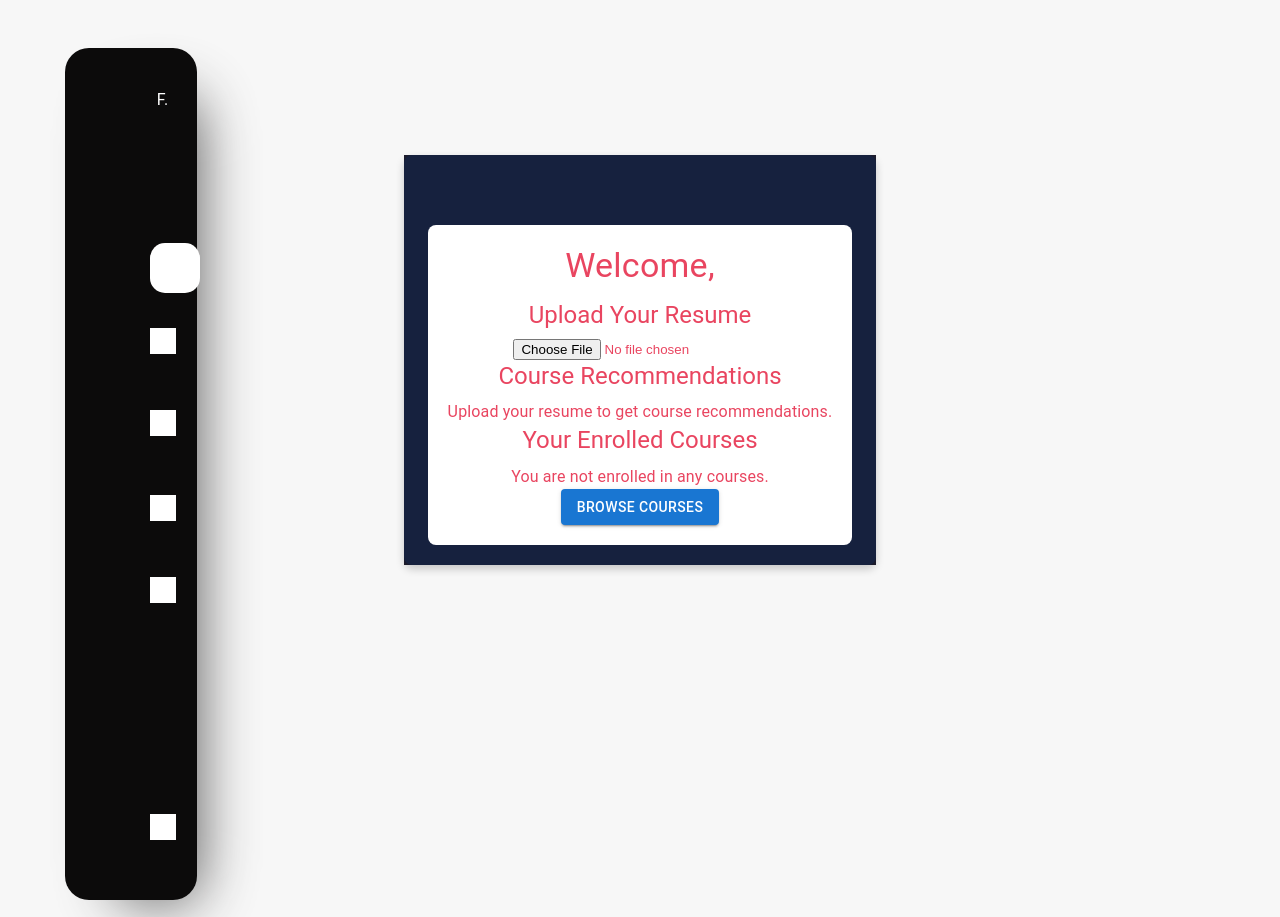
Repository: jvt2/OnlineCourseApp
Page: /dashboard
The author's editor kept a copy of each file at every save. The page is drawn from the files as they stood at one save, then again after the next save.
The browser window is 1280 px wide. The pictures show the whole page.
The page's requests for data from a server got no answer. The project was rebuilt for these pictures with package versions that can differ from the ones it lists, and the page was loaded fresh each time. No one was signed in, and anything a server would have sent is missing. Also part of the build but not shown: src/features/auth/Register.js, src/features/auth/Login.js, src/features/courses/ResumeUpload.js, src/features/courses/CourseRecommendations.js, src/components/common/MyModal.js, src/features/courses/CourseCatalog.js, src/features/courses/CourseDetail.js, src/components/common/Navbar.js and 3 more. Imported but missing from the stored project, and not drawn on this page: src/app/reportWebVitals.

Above is the page before, as saved 2024-07-14 19:52:21.
Not found: public/assets/home-icon-vector_1.jpg

After the next save:
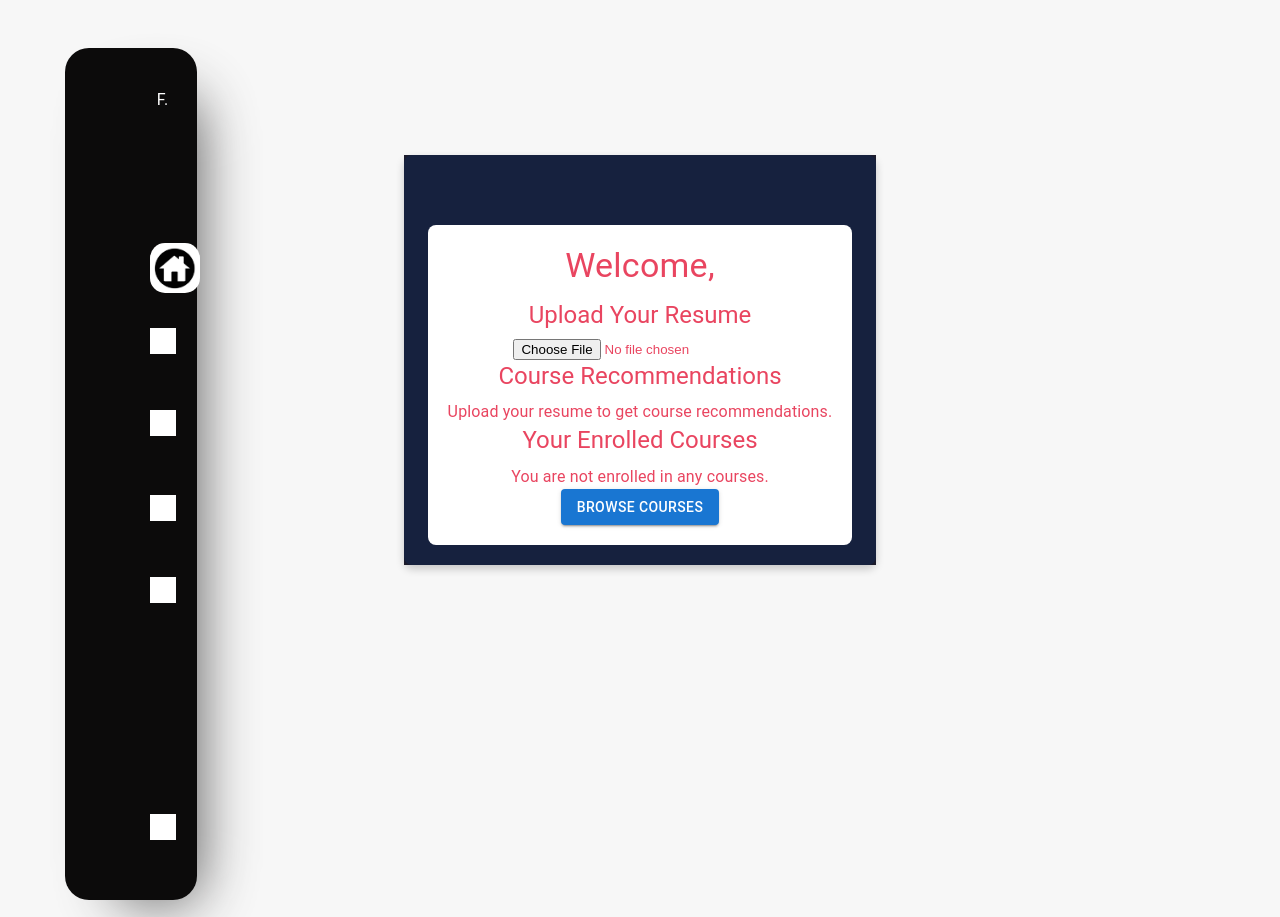
Saved 28 s later.
--- a/src/features/dashboard/Dashboard.css
+++ b/src/features/dashboard/Dashboard.css
@@ -71,7 +71,7 @@
   .sidebar-icon.icon-home {
     width: 50px;
     height: 50px;
-    background-image: url('/public/assets/home-icon-vector_1.jpg');
+    background-image: url('/public/assets/home-icon-vector.jpg');
     border-radius: 30%;
     background-position: center;
     background-size: contain;
